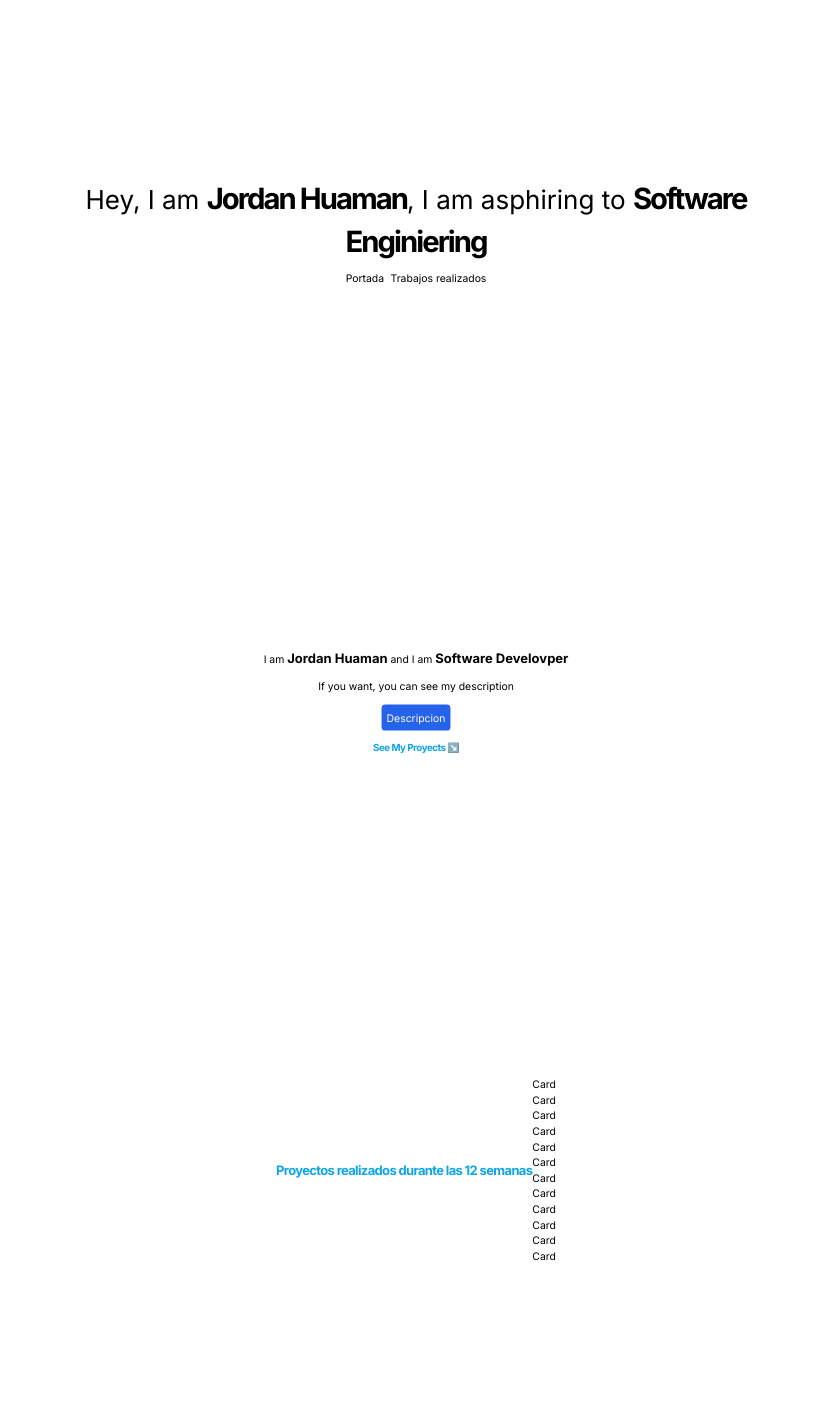
Repository: devsecops-node/portafolio-nextj-pages
Page: /
The author's editor kept a copy of each file at every save. The page is drawn from the files as they stood at one save, then again after the next save.
The browser window is 1280 px wide. The pictures show the whole page, at 65% of full size.
The project was rebuilt for these pictures with package versions that can differ from the ones it lists, and the page was loaded fresh each time. The framework's server and built-in components were replaced by stand-ins that run in the browser. Also part of the build but not shown: next.config.js, src/components/Modal.jsx, src/styles/transitionPage.module.css.

Above is the page before, as saved 2024-01-15 04:38:05.

After the next save:
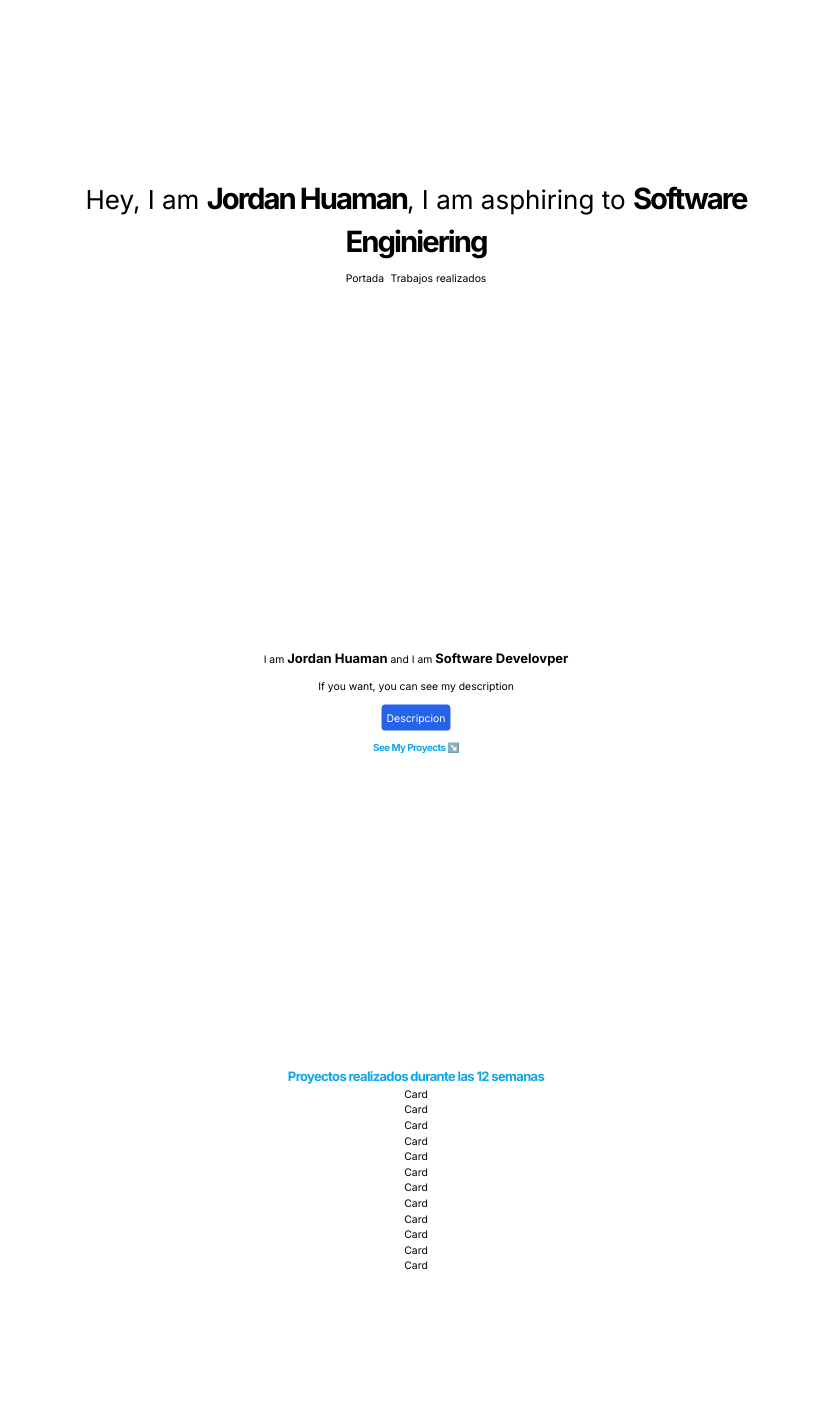
Saved 10 s later.
--- a/src/components/Proyects.jsx
+++ b/src/components/Proyects.jsx
@@ -95,7 +95,7 @@ const Proyects = () => {
   ];
 
   return (
-    <div className='h-screen flex justify-center items-center'>
+    <div className='h-screen flex justify-center items-center flex-col'>
       <p className='text-sky-500 font-bold text-[20px]  tracking-tighter'>Proyectos realizados durante las 12 semanas</p>
       <div>
         {planDeEstudios.map(proyec => <Card />)}
